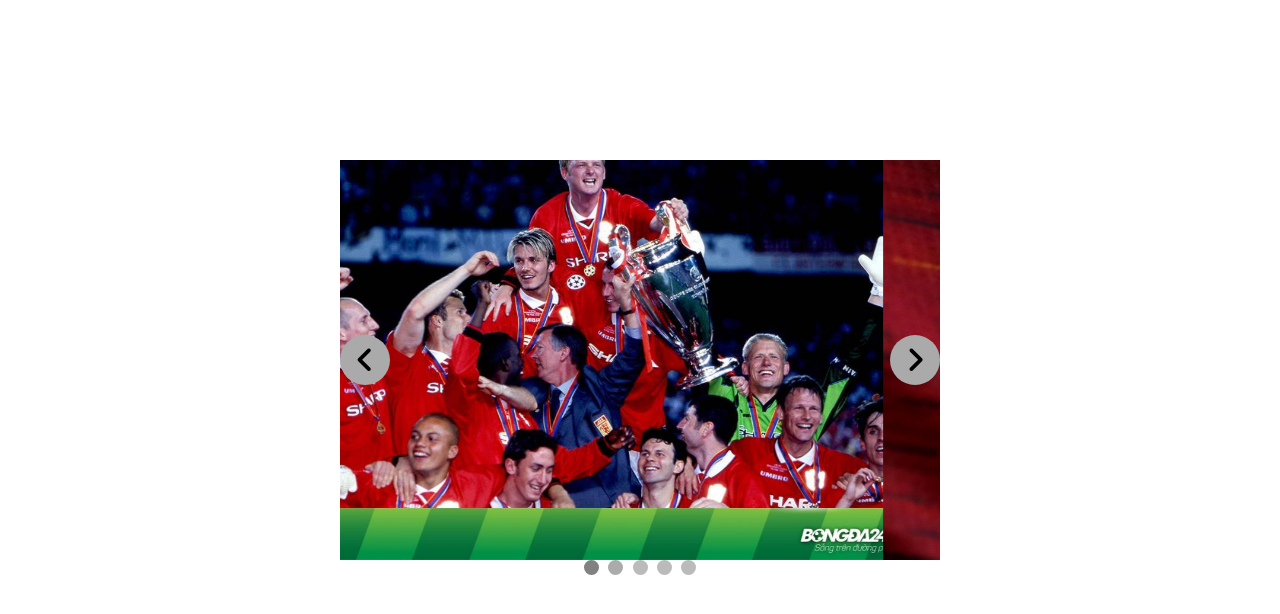
Repository: HoanTiny/slideShow
Page: index.html
An editor plug-in stored every save of this project. The page is shown before and after the next save, followed by the edit.
The browser window is 1280 px wide. The pictures show the whole page.
Some web libraries are served in a nearby version.

Above is the page before, as saved 2022-08-19 08:54:01.

After the next save:
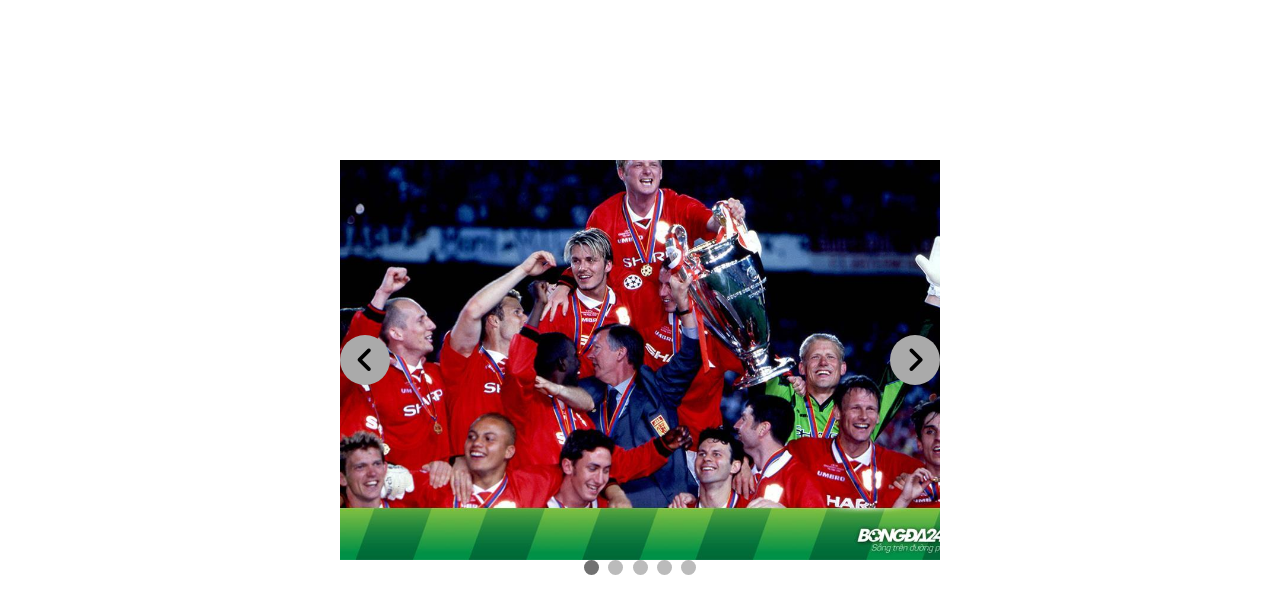
Console error: ReferenceError: n is not defined
Saved 9 min 25 s later.
--- a/acssets/js/index.js
+++ b/acssets/js/index.js
@@ -10,29 +10,39 @@
 dots[sildeIndex].className += " active";
 
 function makeSlideshow(n) {
-    if (n === 1) {
-        if (sildeIndex >= listImg.length - 1) {
-            sildeIndex = 0;
-        } else {
-            sildeIndex++;
-        }
-        for (i = 0; i < dots.length; i++) {
-            dots[i].className = dots[i].className.replace(" active", "");
-        }
-        dots[sildeIndex].className += " active";
-        slides.style.transform = `translateX(-${widthImg * sildeIndex}px)`;
-    } else if (n === -1) {
-        if (sildeIndex <= 0) {
-            sildeIndex = listImg.length - 1;
-        } else {
-            sildeIndex--;
-        }
-        for (i = 0; i < dots.length; i++) {
-            dots[i].className = dots[i].className.replace(" active", "");
-        }
-        dots[sildeIndex].className += " active";
-        slides.style.transform = `translateX(-${widthImg * sildeIndex}px)`;
+    // if (n === 1) {
+    //     if (sildeIndex >= listImg.length - 1) {
+    //         sildeIndex = 0;
+    //     } else {
+    //         sildeIndex++;
+    //     }
+    //     for (i = 0; i < dots.length; i++) {
+    //         dots[i].className = dots[i].className.replace(" active", "");
+    //     }
+    //     dots[sildeIndex].className += " active";
+    //     slides.style.transform = `translateX(-${widthImg * sildeIndex}px)`;
+    // } else if (n === -1) {
+    //     if (sildeIndex <= 0) {
+    //         sildeIndex = listImg.length - 1;
+    //     } else {
+    //         sildeIndex--;
+    //     }
+    //     for (i = 0; i < dots.length; i++) {
+    //         dots[i].className = dots[i].className.replace(" active", "");
+    //     }
+    //     dots[sildeIndex].className += " active";
+    //     slides.style.transform = `translateX(-${widthImg * sildeIndex}px)`;
+    // }
+    if (n > slides.length) {
+        slideIndex = 1;
     }
+    if (n < 1) {
+        slideIndex = slides.length;
+    }
+    for (i = 0; i < dots.length; i++) {
+        dots[i].className = dots[i].className.replace(" active", "");
+    }
+    dots[sildeIndex].className += " active";
     dots.forEach((dot, indexdot) => {
         dot.addEventListener("click", () => {
             for (i = 0; i < dots.length; i++) {
@@ -46,3 +56,9 @@
 setInterval(() => {
     makeSlideshow(1);
 }, 5000);
+if (n > slides.length) {
+    slideIndex = 1;
+}
+if (n < 1) {
+    slideIndex = slides.length;
+}
